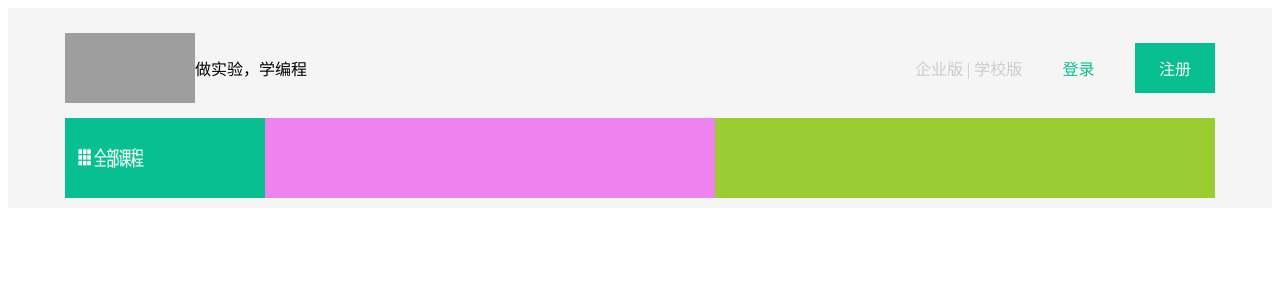
Repository: wuguozheng/xxbb
Page: /
An editor plug-in stored every save of this project. The page is shown before and after the next save, followed by the edit.
The browser window is 1280 px wide. The pictures show the whole page.
Pictures or frames that could not be fetched are drawn as grey boxes. The project was rebuilt for these pictures with package versions that can differ from the ones it lists, and the page was loaded fresh each time.

Above is the page before, as saved 2020-06-01 13:38:52.

### src/App.vue
<template>
  <div id="app">

    <router-view/>
  </div>
</template>

<style lang="scss">

</style>

### src/views/Home.vue
<template>
 <div>
    <mxs1></mxs1>
 </div>
</template>

<script>
import Mxs1 from '../components/home/Mxs1'
 export default {
   name: '',
   props: {
   },
   components: {
     Mxs1,
   },
   data () {
     return {

     }
   },
   methods: {

   },
   mounted() {

   },
   watch: {

   },
   computed: {

   }
 }
</script>

<style scoped lang='scss'>

</style>

### src/components/home/Mxs1.vue
<template>
  <div>
    <div class="rap">
      <div class="rap-1">
        <div class="left">
          <img
            data-v-7629dae3
            src="https://static.shiyanlou.com/frontend/dist/img/9f43b00.svg"
            alt="实验楼"
            width="130"
            height="70"
          />
          <div>做实验，学编程</div>
        </div>
        <div class="rap-2">
          <div class="timi-1">企业版 | 学校版</div>
          <div class="timi-2">登录</div>
          <div class="timi">注册</div>
        </div>
      </div>
      <div class="run">
        <div class="run-1">
          <img src="../home/QQ截图20200601133655.png" alt="" width="200" height="80">
        </div>
      </div>
    </div>
  </div>
</template>

<script>
export default {
  name: "",
  props: {},
  components: {},
  data() {
    return {};
  },
  methods: {},
  mounted() {},
  watch: {},
  computed: {}
};
</script>

<style scoped lang='scss'>
.rap {
  width: 100%;
  height: 200px;
  background: whitesmoke;
  display: flex;
  justify-content: center;
  align-items: center;
  flex-direction: column;
}
.rap-1 {
  width: 1150px;
  height: 100px;
  background: transparent;
  position: relative;
  display: flex;
  justify-content: center;
  align-items: center;
}
.left {
  position: absolute;
  left: 0;
  display: flex;
  justify-content: center;
  align-items: center;
}
.rap-2 {
  display: flex;
  width: 300px;
  height: 100px;
  background: transparent;
  justify-content: space-between;
  align-items: center;
  position: absolute;
  right: 0;
}
.timi {
  width: 80px;
  height: 50px;
  background: rgb(8, 191, 145);
  display: flex;
  justify-content: center;
  align-items: center;
  color: whitesmoke;
  &:hover {
    cursor: pointer;
  }
}
.timi-1 {
  color: #ccc;
  &:hover {
    cursor: pointer;
    color: rgb(8, 191, 145);
  }
}
.timi-2 {
  color: rgb(8, 191, 145);
  &:hover {
    cursor: pointer;
    color: #ccc;
  }
}
.run {
  width: 1150px;
  height: 80px;
  background: yellowgreen;
}
.run-1 {
  width: 650px;
  height: 80px;
  background: violet;
}
</style>

Loaded but not shown: src/main.js (common file); src/router/index.js (common file); src/store/index.js (common file)

After the next save:
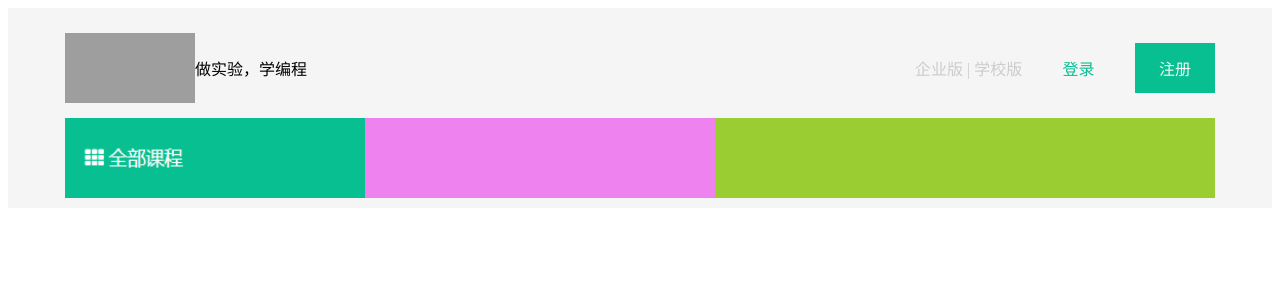
Saved 33 s later.
--- a/src/components/home/Mxs1.vue
+++ b/src/components/home/Mxs1.vue
@@ -20,7 +20,7 @@
       </div>
       <div class="run">
         <div class="run-1">
-          <img src="../home/QQ截图20200601133655.png" alt="" width="200" height="80">
+          <img src="../home/QQ截图20200601133655.png" alt="" width="300" height="80">
         </div>
       </div>
     </div>
